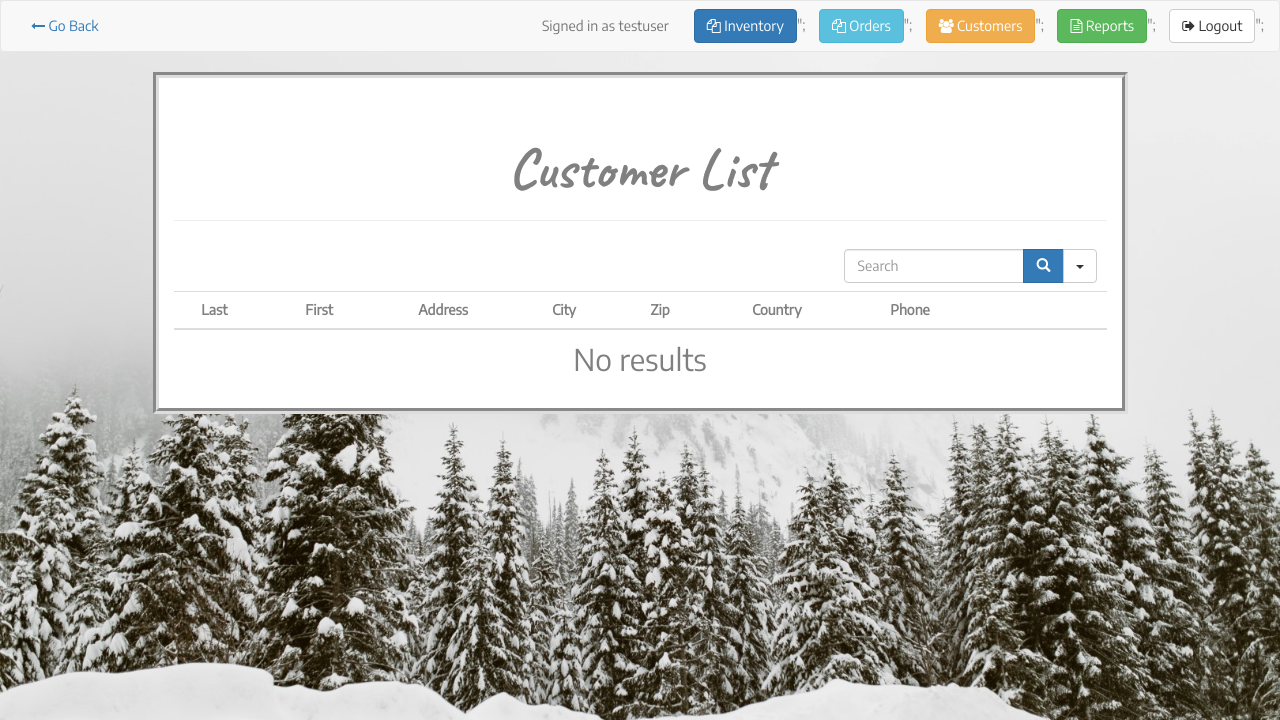
Repository: maliking/making
Page: http://localhost/final_project/customers.php
The author's editor kept a record of every edit. The page is drawn from the files as they stood at one moment, then again after the next edit.
The browser window is 1280 px wide. The pictures show the whole page.
The page is run by PHP 8.4 with error messages shown; the project is at /var/www/html/. The session is filled in as if someone had signed in: {"username": "testuser", "userType": "admin", "adminFullName": "Test User"}. Other server files are loaded and not shown. Queries for data that is not in the repository find no rows.

Above is the page before.
Console error: TypeError: Cannot read properties of undefined (reading 'prototype')

### final_project/customers.php
<?php
session_start();

if (!isset($_SESSION["username"])) {
    header("Location: loginPage.php");
    exit;
}

function customerList() {
    include "../dbConnection.php";
    $conn = getDatabaseConnection();

    $sql = "  SELECT *
                FROM customers
            ORDER BY customers.customerID";

    $stmt = $conn -> prepare($sql);
    $stmt -> execute();
    $records = $stmt -> fetchAll(PDO::FETCH_ASSOC);

    return $records;
}
?>

<!DOCTYPE html>
<html>
    <head>
        <title>Customers</title>
        <!-- HEADER TEMPLATE BEGIN -->
        <?php include 'templates/header.php'?>
        <!-- HEADER TEMPLATE END -->
    </head>
    <body>
        <nav class="navbar navbar-default">
            <div class="container-fluid">
                <div class="navbar-header navbar-left">
                    <p class="navbar-text"><a href="index.php"><i class="fa fa-long-arrow-left"></i> Go Back</a></p>
                </div>
                <div class="navbar-header navbar-right">
                    <p class="navbar-text">Signed in as <?=$_SESSION['username']?></p>
                    <a class="btn btn-primary navbar-btn productBtn" href="index.php"><i class="fa fa-files-o"></i> Inventory</a>";
                    <a class="btn btn-info navbar-btn productBtn" href="orders.php"><i class="fa fa-files-o"></i> Orders</a>";
                    <a class="btn btn-warning navbar-btn productBtn" href="customers.php"><i class="fa fa-users"></i> Customers</a>";
                    <a class="btn btn-success navbar-btn productBtn" href="reports.php"><i class="fa fa-file-text-o"></i> Reports</a>";
                    <a class="btn btn-default navbar-btn productBtn" href="logout.php"><i class="fa fa-sign-out"></i> Logout</a>";
                </div>
            </div>
        </nav>
        <div class="container">
            <div class="row">
                <div class="col-xs-10 col-xs-offset-1 text-center">
                    <h1>Customer List</h1>
                    <hr>
                    <table class="table" data-filtering="true">
                        <thead>
                        <tr>
                            <th>Last</th>
                            <th>First</th>
                            <th>Address</th>
                            <th>City</th>
                            <th>Zip</th>
                            <th>Country</th>
                            <th>Phone</th>
                            <th></th>
                            <th></th>
                        </tr>
                        </thead>

                        <?php
                        $customers = customerList();
                        foreach ($customers as $customer) {
                            echo "<tr>";
                            echo "<td>" . $customer["lastName"] . "</td>";
                            echo "<td>" . $customer["firstName"] . "</td>";
                            echo "<td>" . $customer["address"] . "</td>";
                            echo "<td>" . $customer["city"] . "</td>";
                            echo "<td>" . $customer["zip"] . "</td>";
                            echo "<td>" . $customer["country"] . "</td>";
                            echo "<td>" . $customer["phone"] . "</td>";
                            echo "<td><a href=\"orders.php?customerID=" . $customer["customerID"] . " class=\"btn btn-link\">View All Orders</a></td>";
                            echo "<td>
                                    <a class=\"btn btn-warning productBtn\" href=\"editCustomer.php?customerID=" . $customer["customerID"] . "\"><i class=\"fa fa-pencil\"></i></a>
                                  </td>";
                            echo "</tr>";
                        }
                        ?>
                    </table>
                </div>
            </div>
        </div>
        <!-- FOOTER TEMPLATE BEGIN -->
        <?php include 'templates/footer.php'?>
        <!-- FOOTER TEMPLATE END -->
        <script>
        /* global $ jQuery */
        jQuery(function($){
        	$('.table').footable({
        		"sorting": {
        			"enabled": true
        		},
        		"paging": {
        		    "enabled": true
        		}
        	});
        });
        </script>
    </body>
</html>

### final_project/templates/header.php
<meta charset="utf-8" />
<link rel="stylesheet" href="../bootstrap/css/bootstrap.min.css">
<link rel="stylesheet" href="https://cdnjs.cloudflare.com/ajax/libs/font-awesome/4.7.0/css/font-awesome.min.css" />
<link href="css/styles.css" rel="stylesheet" type="text/css" />
<link href="footable/css/footable.bootstrap.min.css" rel="stylesheet" type="text/css" />
<link href="https://fonts.googleapis.com/css?family=Caveat:700|Encode+Sans" rel="stylesheet">

### dbConnection.php
<?php
function getDatabaseConnection($dbname="quotes") {
    // cloud9
    $host = 'localhost';
    $username = 'root';
    $password = '';

    //using different database variables in Heroku
    if  (strpos($_SERVER['HTTP_HOST'], 'herokuapp') !== false) {
        $url = parse_url(getenv("CLEARDB_DATABASE_URL"));
        $host = $url["host"];
        $dbname = substr($url["path"], 1);
        $username = $url["user"];
        $password = $url["pass"];
    }

    $conn = new PDO("mysql:host=$host;dbname=$dbname", $username, $password);
    $conn->setAttribute(PDO::ATTR_ERRMODE, PDO::ERRMODE_EXCEPTION);

    return $conn;
}
?>

### final_project/templates/footer.php
<script src="../bootstrap/js/jquery.min.js"></script>
<script src="../bootstrap/js/bootstrap.min.js"></script>
<script type="text/javascript" src="footable/js/footable.min.js"></script>

### final_project/css/styles.css
body {
    font-family: 'Encode Sans', sans-serif;
    background-image: url('../img/back3.jpg');
    background-attachment: fixed;
    background-size: cover;
    background-repeat: no-repeat;
    color: gray;
}

h1 {
    font-family: 'Caveat', cursive;
    padding-top: 40px;
    font-size: 4em;
}

.col-xs-8,
.col-xs-10 {
    background-color: white;
    border: 6px solid #ddd;
    border-style: groove;
}

th {
    text-align: center;
}

.brand {
    max-height: 30px;
    max-width: 70px;
}

#addProduct {
    float: right;
}

.productBtn {
    margin-left: 10px;
}

#green {
    color: green;
}
#red {
    color: red;
}

Loaded but not shown: bootstrap/css/bootstrap.min.css (library); final_project/footable/css/footable.bootstrap.min.css (library); bootstrap/js/jquery.min.js (library); bootstrap/js/bootstrap.min.js (library); final_project/footable/js/footable.min.js (library)

After the next edit:
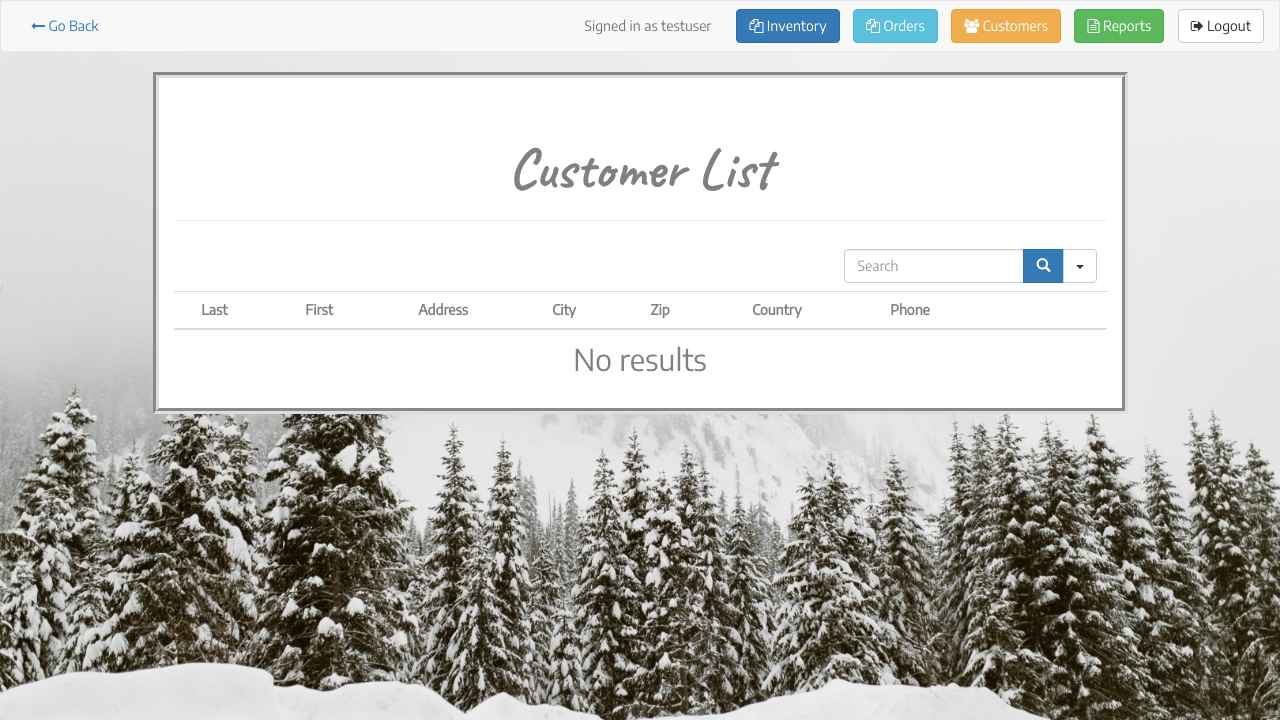
The edit:
--- a/final_project/customers.php
+++ b/final_project/customers.php
@@ -38,11 +38,11 @@
                 </div>
                 <div class="navbar-header navbar-right">
                     <p class="navbar-text">Signed in as <?=$_SESSION['username']?></p>
-                    <a class="btn btn-primary navbar-btn productBtn" href="index.php"><i class="fa fa-files-o"></i> Inventory</a>";
-                    <a class="btn btn-info navbar-btn productBtn" href="orders.php"><i class="fa fa-files-o"></i> Orders</a>";
-                    <a class="btn btn-warning navbar-btn productBtn" href="customers.php"><i class="fa fa-users"></i> Customers</a>";
-                    <a class="btn btn-success navbar-btn productBtn" href="reports.php"><i class="fa fa-file-text-o"></i> Reports</a>";
-                    <a class="btn btn-default navbar-btn productBtn" href="logout.php"><i class="fa fa-sign-out"></i> Logout</a>";
+                    <a class="btn btn-primary navbar-btn productBtn" href="index.php"><i class="fa fa-files-o"></i> Inventory</a>
+                    <a class="btn btn-info navbar-btn productBtn" href="orders.php"><i class="fa fa-files-o"></i> Orders</a>
+                    <a class="btn btn-warning navbar-btn productBtn" href="customers.php"><i class="fa fa-users"></i> Customers</a>
+                    <a class="btn btn-success navbar-btn productBtn" href="reports.php"><i class="fa fa-file-text-o"></i> Reports</a>
+                    <a class="btn btn-default navbar-btn productBtn" href="logout.php"><i class="fa fa-sign-out"></i> Logout</a>
                 </div>
             </div>
         </nav>
